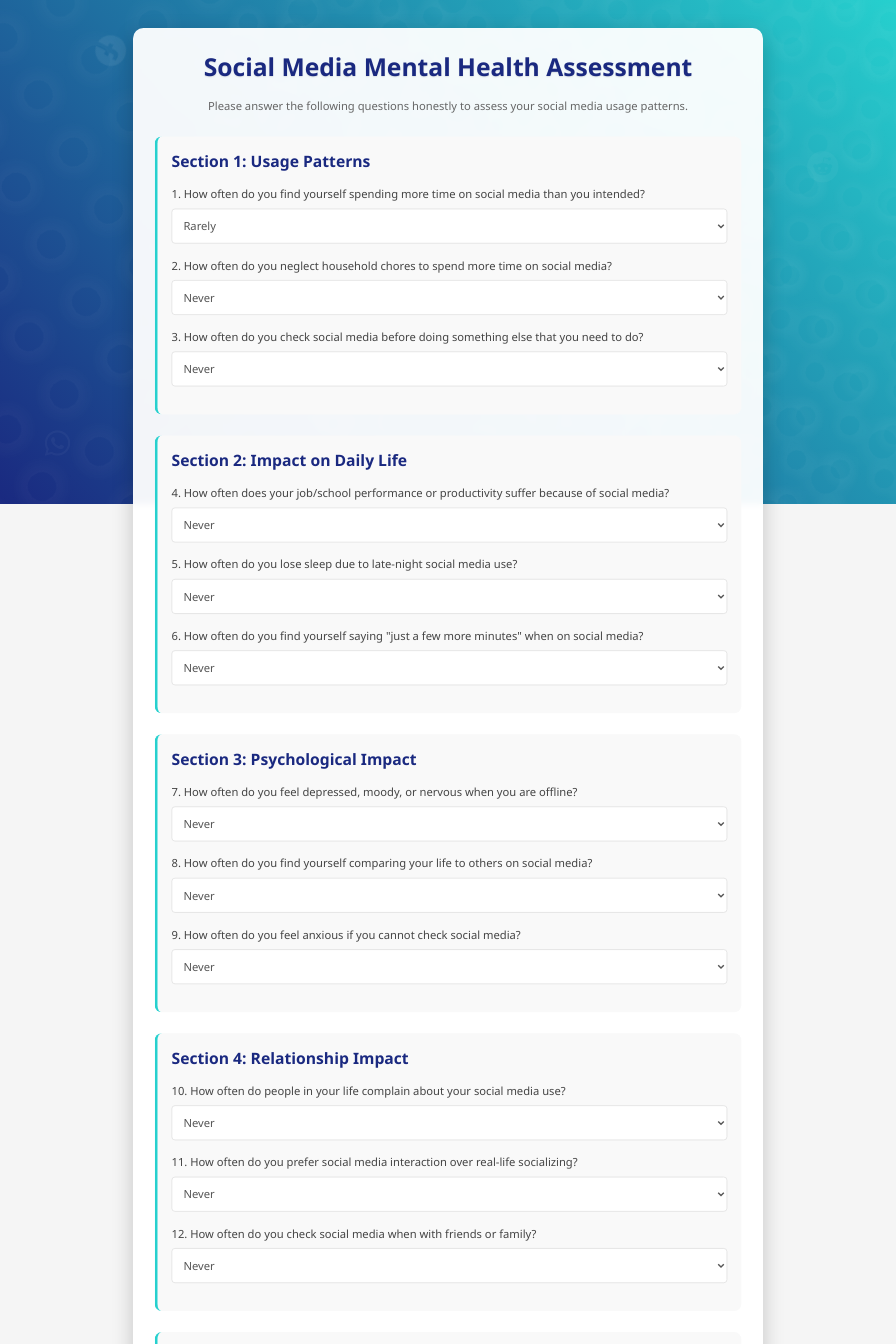
Repository: TasnimulIntazamAsif/Mental_Health_Prediction
Page: http://localhost/
An editor plug-in stored every save of this project. The page is shown before and after the next save, followed by the edit.
The browser window is 1280 px wide. The pictures show the part of the page from y = 0 to 1920 px (the page is 2880 px tall), at 70% of full size.
After loading, the first visible `#q1` was changed once.
The page is served by the project's application, run on Flask 3 (app.py).

Above is the page before, as saved 2025-05-08 08:17:57.

After the next save:
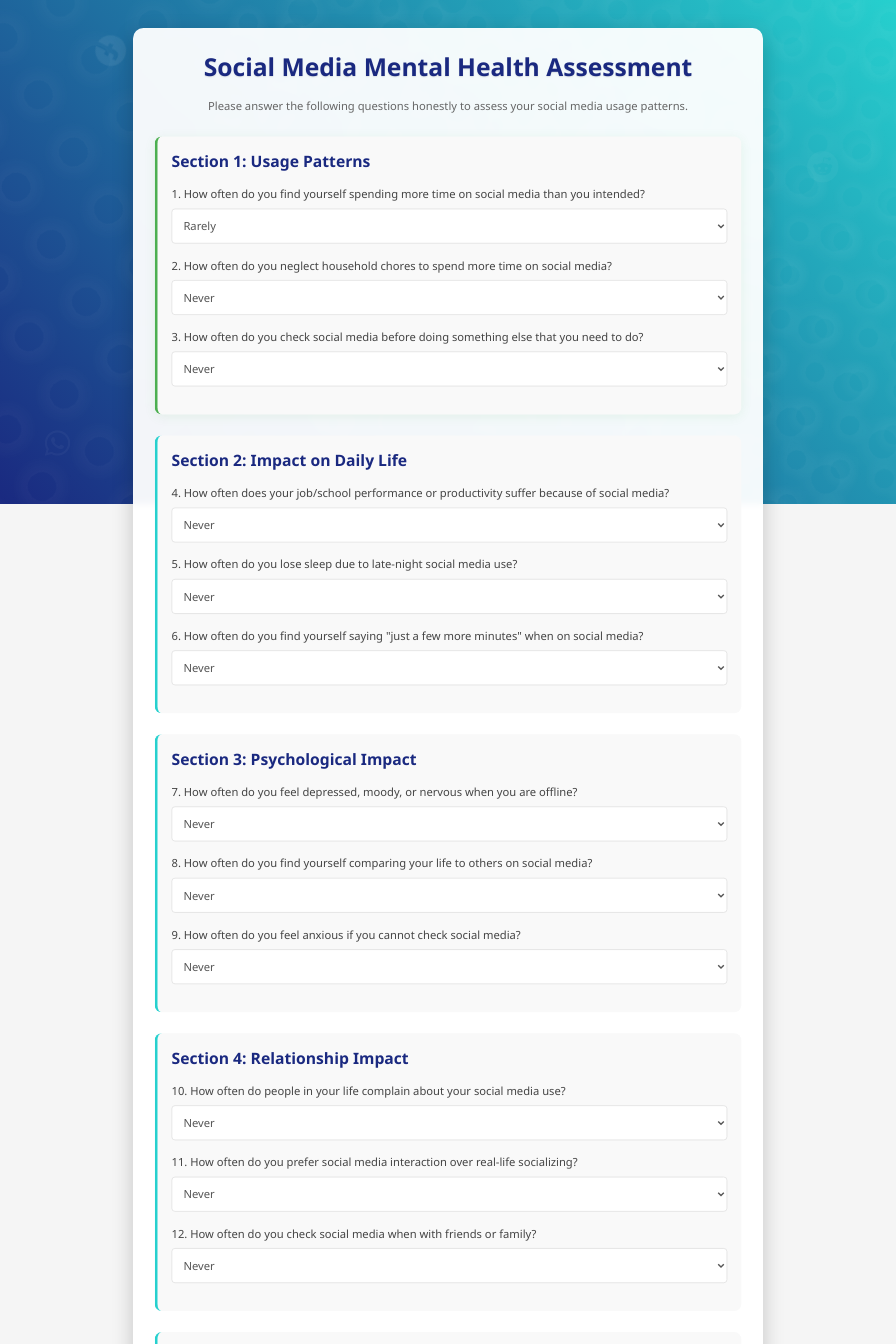
Saved 22 s later.
--- a/static/style.css
+++ b/static/style.css
@@ -182,7 +182,8 @@ body {
     box-shadow: 0 10px 30px rgba(0, 0, 0, 0.2);
     backdrop-filter: blur(5px);
     border: 1px solid rgba(255, 255, 255, 0.2);
-    transition: all 0.3s ease;
+    transition: all 0.3s ease, box-shadow 0.4s ease, border-left 0.4s ease;
+    animation: fadeIn 0.8s ease-out;
 }
 
 .container:hover {
@@ -212,7 +213,7 @@ p {
     background-color: #f9f9f9;
     border-radius: 10px;
     border-left: 4px solid #26d0ce;
-    transition: all 0.3s ease;
+    transition: all 0.3s ease, box-shadow 0.4s ease, border-left 0.4s ease;
 }
 
 .form-section:hover {
@@ -245,13 +246,18 @@ p {
     background-color: white;
     font-size: 1rem;
     color: #555;
-    transition: all 0.3s;
+    transition: all 0.3s ease, transform 0.2s ease;
 }
 
 .question select:focus {
     outline: none;
     border-color: #26d0ce;
     box-shadow: 0 0 0 2px rgba(38, 208, 206, 0.2);
+}
+
+.question select:hover {
+    border-color: #26d0ce;
+    transform: translateY(-2px);
 }
 
 .submit-container {
@@ -447,6 +453,83 @@ select.error {
     background-color: rgba(244, 67, 54, 0.05);
 }
 
+/* Form Hover and Animation Effects */
+.form-section.answered {
+    border-left: 4px solid #4caf50;
+    box-shadow: 0 3px 15px rgba(76, 175, 80, 0.1);
+}
+
+.question select.selected {
+    border-color: #26d0ce;
+    box-shadow: 0 0 10px rgba(38, 208, 206, 0.3);
+    animation: pulse-select 0.5s ease;
+}
+
+@keyframes pulse-select {
+    0% {
+        transform: scale(1);
+    }
+    50% {
+        transform: scale(1.02);
+    }
+    100% {
+        transform: scale(1);
+    }
+}
+
+/* Enhanced Button Effects */
+.submit-btn, .btn-primary, .btn-secondary {
+    position: relative;
+    overflow: hidden;
+}
+
+.submit-btn:before, .btn-primary:before {
+    content: '';
+    position: absolute;
+    top: 0;
+    left: -100%;
+    width: 100%;
+    height: 100%;
+    background: linear-gradient(90deg, transparent, rgba(255, 255, 255, 0.2), transparent);
+    transition: left 0.7s ease;
+}
+
+.submit-btn:hover:before, .btn-primary:hover:before {
+    left: 100%;
+}
+
+/* Page Transition Effect */
+@keyframes fadeIn {
+    from {
+        opacity: 0;
+        transform: translateY(20px);
+    }
+    to {
+        opacity: 1;
+        transform: translateY(0);
+    }
+}
+
+/* Print Styles */
+@media print {
+    .animated-background,
+    .social-icons,
+    .animated-waves,
+    .action-buttons {
+        display: none !important;
+    }
+
+    .container {
+        box-shadow: none;
+        margin: 0;
+        padding: 10px;
+    }
+
+    .result-card {
+        break-inside: avoid;
+    }
+}
+
 /* Responsive Styles */
 @media (max-width: 768px) {
     .container {
